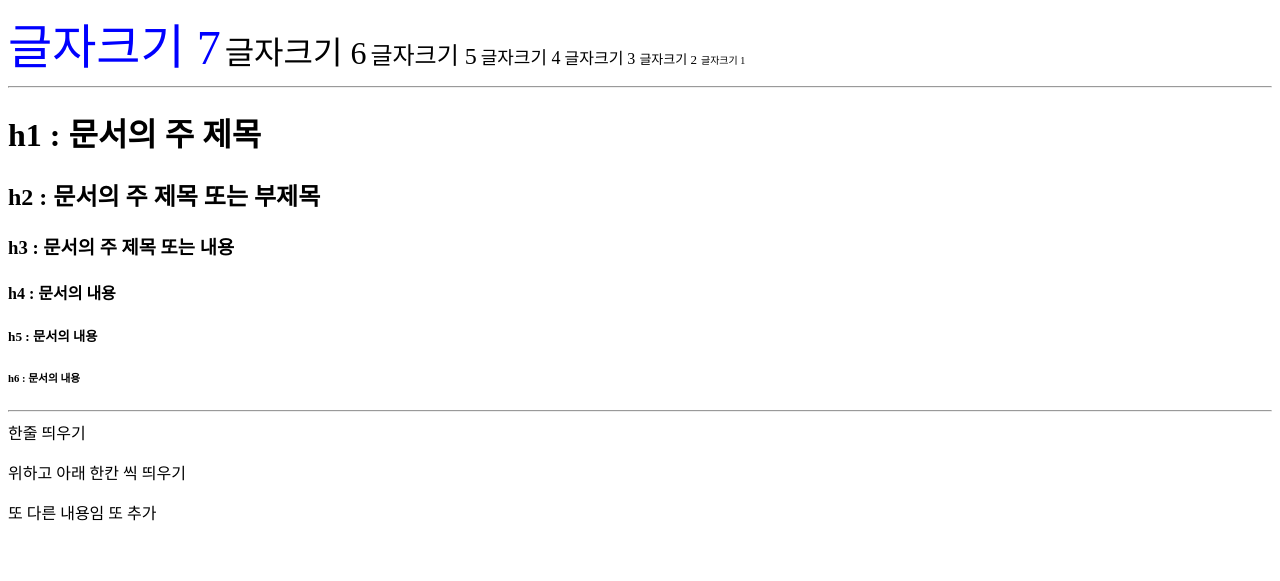
Repository: sika5382/jsp
Page: html/WebContent/NewFile.html
An editor plug-in stored every save of this project. The page is shown before and after the next save, followed by the edit.
The browser window is 1280 px wide. The pictures show the whole page.

Above is the page before, as saved 2020-10-29 05:16:14.

### html/WebContent/NewFile.html
<!DOCTYPE html>
<html>
<head>
<meta charset="UTF-8">
<title>Insert title here</title>
</head>
<!--
<body text="white" bgcolor='black'>
	 -->
<body>

<font size="7" face="궁서체" color="blue">글자크기 7</font>
<font size="6">글자크기 6</font>
<font size="5">글자크기 5</font>
<font size="4">글자크기 4</font>
<font size="3">글자크기 3</font>
<font size="2">글자크기 2</font>
<font size="1">글자크기 1</font>

<hr>

<h1> h1 : 문서의 주 제목</h1>
<h2> h2 : 문서의 주 제목 또는 부제목</h2>
<h3> h3 : 문서의 주 제목 또는 내용</h3>
<h4> h4 : 문서의 내용</h4>
<h5> h5 : 문서의 내용</h5>
<h6> h6 : 문서의 내용</h6>

<hr>
	 한줄 띄우기 <br>
	<p>위하고 아래 한칸 씩 띄우기 </p>

		 <!-- html 주석 -->
	또 다른 내용임
	또 추가
</body>
</html>

After the next save:
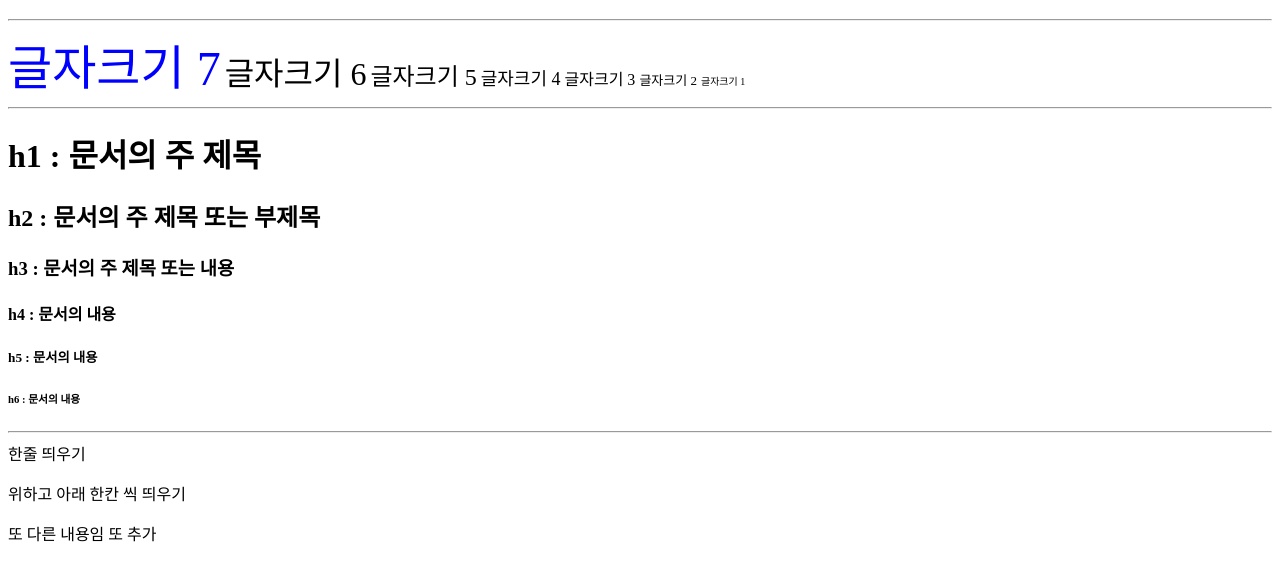
Saved 3 min 34 s later.
--- a/html/WebContent/NewFile.html
+++ b/html/WebContent/NewFile.html
@@ -8,6 +8,11 @@
 <body text="white" bgcolor='black'>
 	 -->
 <body>
+
+<font style="backgroun-color:blue;">
+<h3 style="backgrund-color:red;"></h3>
+
+<hr>
 
 <font size="7" face="궁서체" color="blue">글자크기 7</font>
 <font size="6">글자크기 6</font>
